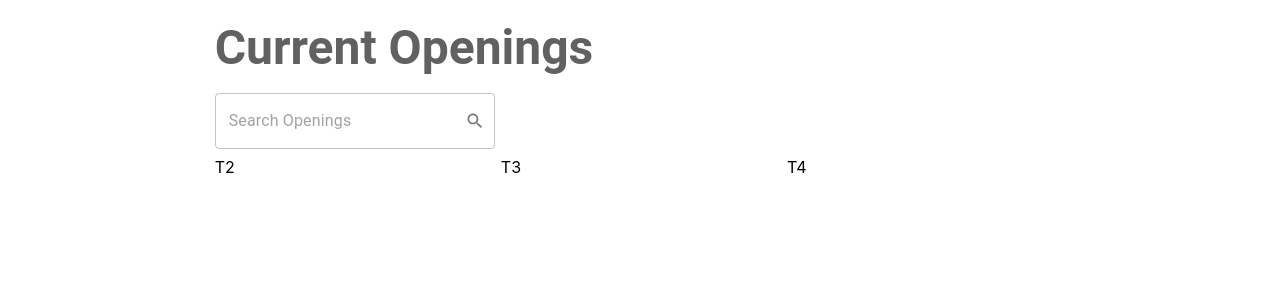
Repository: samihankuttan/technorix
Page: / (app in interview-test/)
The author's editor kept a copy of each file at every save. The page is drawn from the files as they stood at one save, then again after the next save.
The browser window is 1280 px wide. The pictures show the whole page.
The project was rebuilt for these pictures with package versions that can differ from the ones it lists, and the page was loaded fresh each time.

Above is the page before, as saved 2022-07-20 23:01:20.

After the next save:
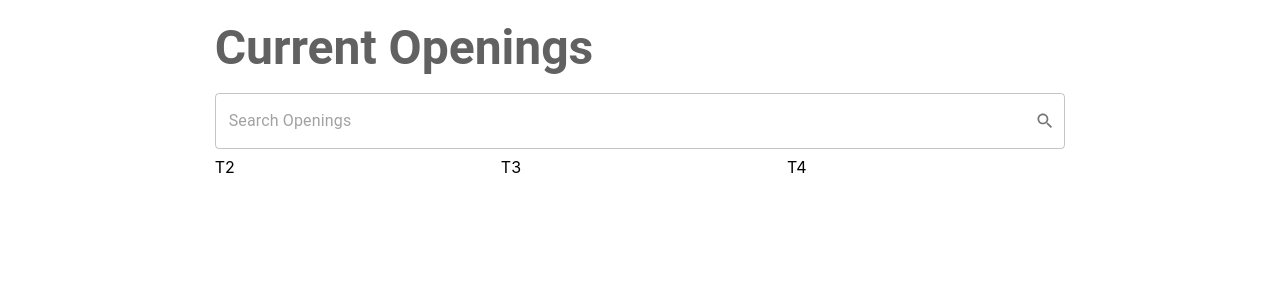
Saved 1 s later.
--- a/interview-test/src/components/InputBox.js
+++ b/interview-test/src/components/InputBox.js
@@ -11,6 +11,7 @@ export default function InputBox(props) {
     return (
         <>
             <OutlinedInput
+                style={{width:'100%'}}
                 id={props.id}
                 type={props.type}
                 value={props.value}
